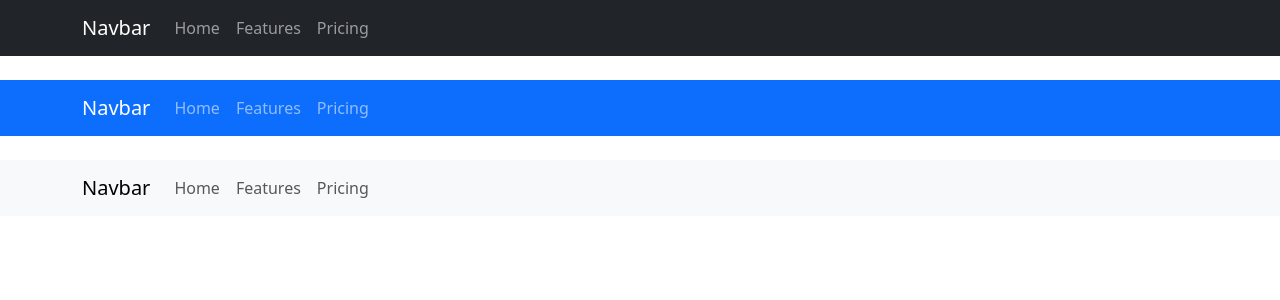
Repository: Luisossandoval/LuisHomePage
Page: /
These files come from the project's save history. The page is drawn as it stood at one moment and after the next save; the edit follows.
The browser window is 1280 px wide. The pictures show the whole page.
The project was rebuilt for these pictures with package versions that can differ from the ones it lists, and the page was loaded fresh each time. Also part of the build but not shown: src/App.css, src/pages/Homepage/Homepage.jsx, src/pages/NotFoundPage/NotFoundPage.jsx. Imported but missing from the stored project, and not drawn on this page: src/pages/Biography/Biography.

Above is the page before, as saved 2024-10-16 21:36:43.

### src/App.js
import "./App.css";
import Homepage from "./pages/Homepage/Homepage";
import Biography from "./pages/Biography/Biography";
import { Routes, Route } from "react-router-dom";
import AppLayout from "./layout/AppLayout";
import NotFoundPage from "./pages/NotFoundPage/NotFoundPage";
import "bootstrap/dist/css/bootstrap.min.css";

function App() {
  return (
    <Routes>
      <Route path='/' element={<AppLayout />}>
        <Route index element={<Homepage />} />
        <Route path='biography' element={<Biography />} />
      </Route>
      <Route path='*' element={<NotFoundPage />} />
    </Routes>
  );
}

export default App;

### src/layout/AppLayout.js
import React from "react";
import Container from "react-bootstrap/Container";
import Nav from "react-bootstrap/Nav";
import Navbar from "react-bootstrap/Navbar";

const AppLayout = () => {
  return (
    <>
      <Navbar bg='dark' data-bs-theme='dark'>
        <Container>
          <Navbar.Brand href='#home'>Navbar</Navbar.Brand>
          <Nav className='me-auto'>
            <Nav.Link href='#home'>Home</Nav.Link>
            <Nav.Link href='#features'>Features</Nav.Link>
            <Nav.Link href='#pricing'>Pricing</Nav.Link>
          </Nav>
        </Container>
      </Navbar>
      <br />
      <Navbar bg='primary' data-bs-theme='dark'>
        <Container>
          <Navbar.Brand href='#home'>Navbar</Navbar.Brand>
          <Nav className='me-auto'>
            <Nav.Link href='#home'>Home</Nav.Link>
            <Nav.Link href='#features'>Features</Nav.Link>
            <Nav.Link href='#pricing'>Pricing</Nav.Link>
          </Nav>
        </Container>
      </Navbar>

      <br />
      <Navbar bg='light' data-bs-theme='light'>
        <Container>
          <Navbar.Brand href='#home'>Navbar</Navbar.Brand>
          <Nav className='me-auto'>
            <Nav.Link href='#home'>Home</Nav.Link>
            <Nav.Link href='#features'>Features</Nav.Link>
            <Nav.Link href='#pricing'>Pricing</Nav.Link>
          </Nav>
        </Container>
      </Navbar>
    </>
  );
};

export default AppLayout;

Loaded but not shown: public/index.html (common file); src/index.js (common file); src/index.css (common file); src/reportWebVitals.js (common file)

After the next save:
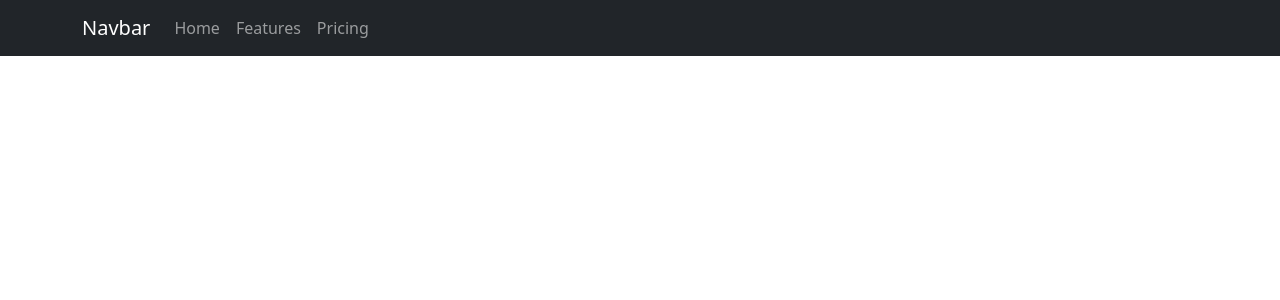
Saved 17 s later.
--- a/src/layout/AppLayout.js
+++ b/src/layout/AppLayout.js
@@ -16,29 +16,6 @@ const AppLayout = () => {
           </Nav>
         </Container>
       </Navbar>
-      <br />
-      <Navbar bg='primary' data-bs-theme='dark'>
-        <Container>
-          <Navbar.Brand href='#home'>Navbar</Navbar.Brand>
-          <Nav className='me-auto'>
-            <Nav.Link href='#home'>Home</Nav.Link>
-            <Nav.Link href='#features'>Features</Nav.Link>
-            <Nav.Link href='#pricing'>Pricing</Nav.Link>
-          </Nav>
-        </Container>
-      </Navbar>
-
-      <br />
-      <Navbar bg='light' data-bs-theme='light'>
-        <Container>
-          <Navbar.Brand href='#home'>Navbar</Navbar.Brand>
-          <Nav className='me-auto'>
-            <Nav.Link href='#home'>Home</Nav.Link>
-            <Nav.Link href='#features'>Features</Nav.Link>
-            <Nav.Link href='#pricing'>Pricing</Nav.Link>
-          </Nav>
-        </Container>
-      </Navbar>
     </>
   );
 };
